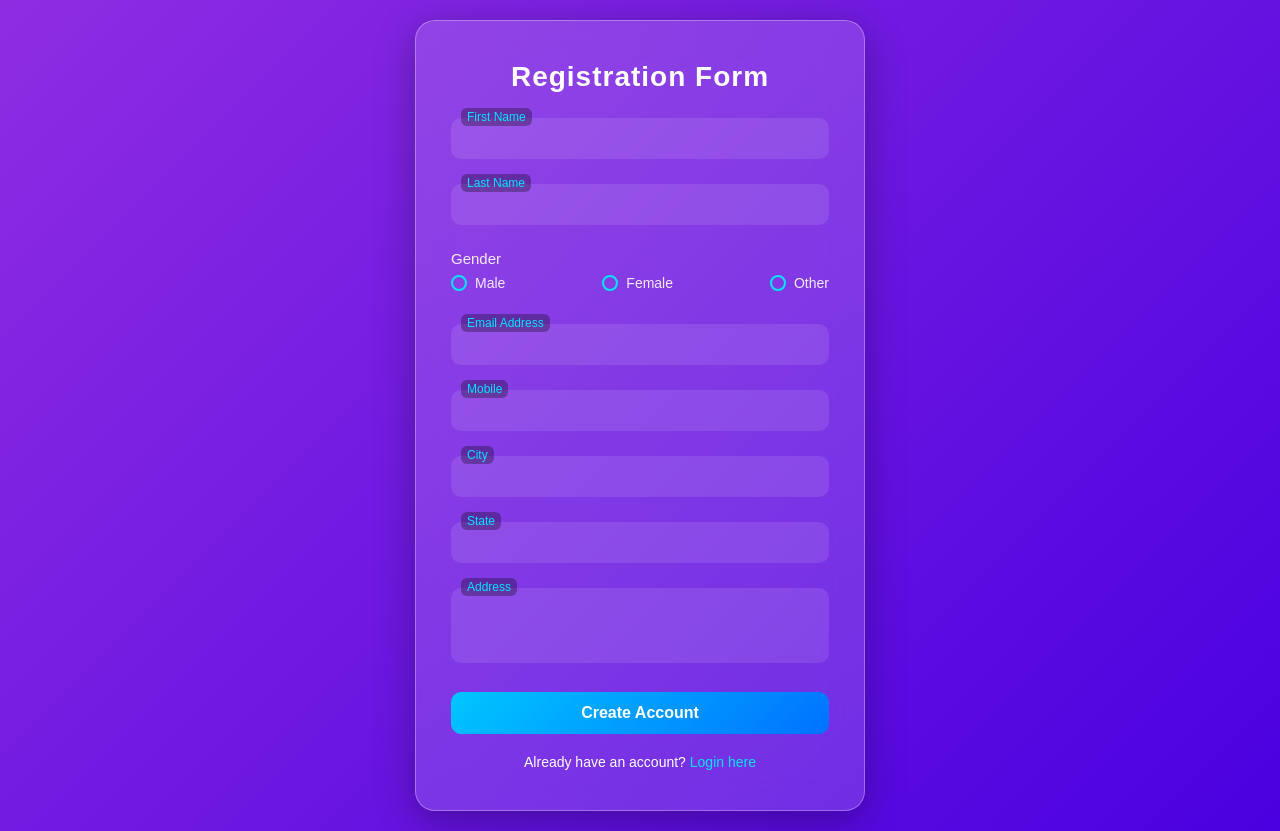
Repository: Pintu-6545/Java_Programming
Page: http://localhost/Employee_Data/
These files come from the project's save history. The page is drawn as it stood at one moment and after the next save; the edit follows.
The browser window is 1280 px wide. The pictures show the whole page.
The page is served by Tomcat 10.

Above is the page before, as saved 2025-11-01 07:47:13.

After the next save:
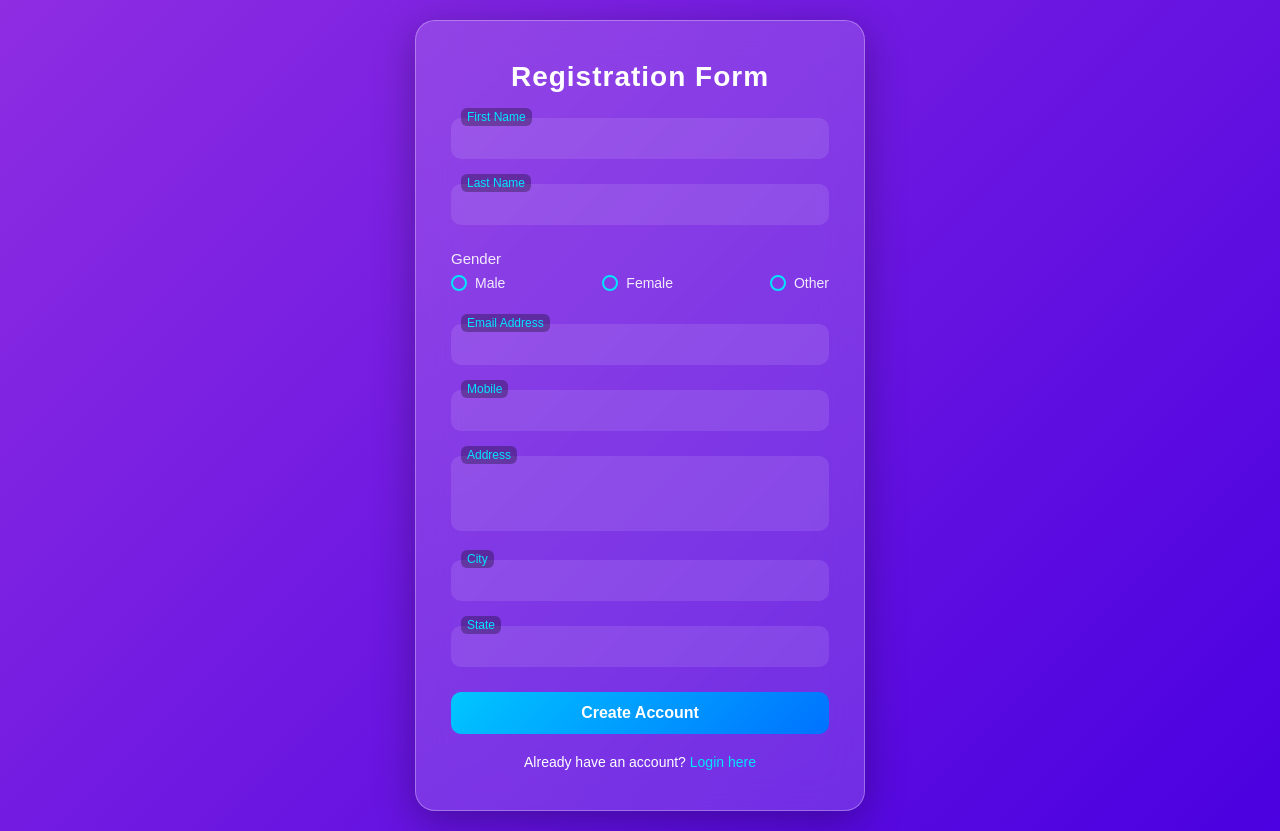
Saved 2 min 18 s later.
--- a/Online Employeement Management System/Employee_Data/src/main/webapp/index.jsp
+++ b/Online Employeement Management System/Employee_Data/src/main/webapp/index.jsp
@@ -256,6 +256,11 @@
         <label for="phone">Mobile</label>
       </div>
 
+	 <div class="form-group">
+        <textarea id="address" name="a1" rows="3" ></textarea>
+        <label for="address">Address</label>
+      </div>
+
       <div class="form-group">
         <input type="text" id="city" name="c1" />
         <label for="city">City</label>
@@ -264,11 +269,6 @@
       <div class="form-group">
         <input type="text" id="state" name="s1" />
         <label for="state">State</label>
-      </div>
-
-      <div class="form-group">
-        <textarea id="address" name="a1" rows="3" ></textarea>
-        <label for="address">Address</label>
       </div>
 
       <input type="submit" name="action" class="btn" value="Create Account" />
